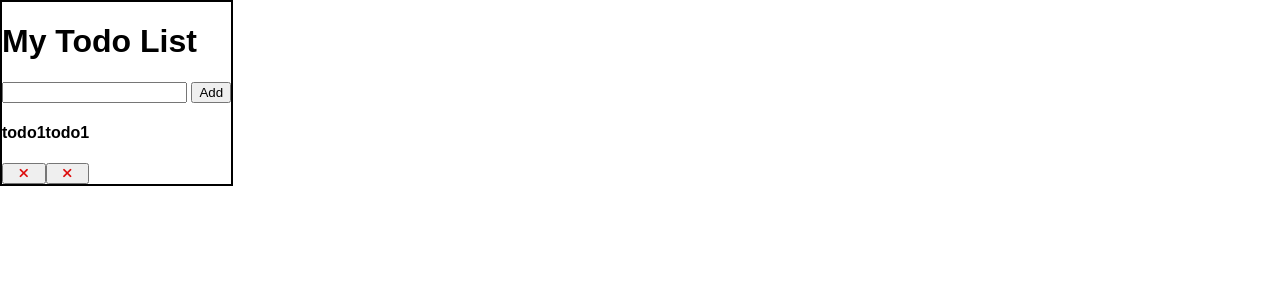
Repository: harshit-technocrat11/basic-DOM-projects
Page: 03-todo-list/index.html
These files come from the project's save history. The page is drawn as it stood at one moment and after a run of saves; the edit follows.
The browser window is 1280 px wide. The pictures show the whole page.

Above is the page before, as saved 2025-09-07 19:26:51.

After the next 2 saves:
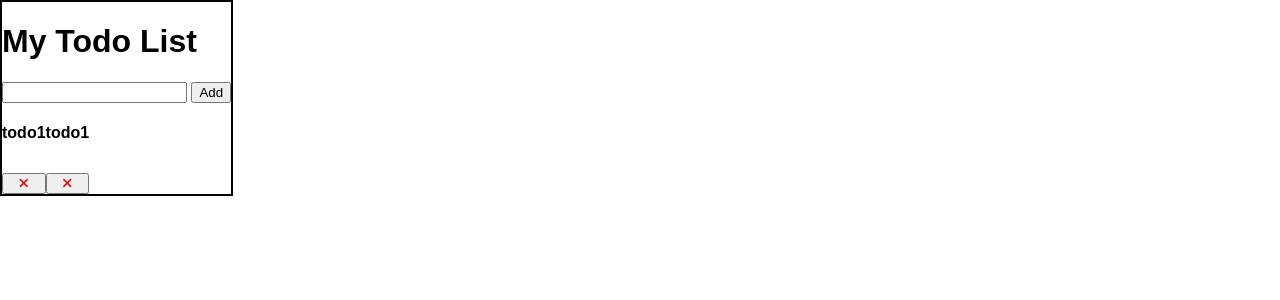
The 2 saves are shown as one change because they came seconds apart.
The last was saved 12 s later.
--- a/03-todo-list/styles/style.css
+++ b/03-todo-list/styles/style.css
@@ -17,6 +17,7 @@ body{
 .todo{
     display: flex;
     flex-direction: column;
+    gap: 10px;
 
 }
 .display-todos{
